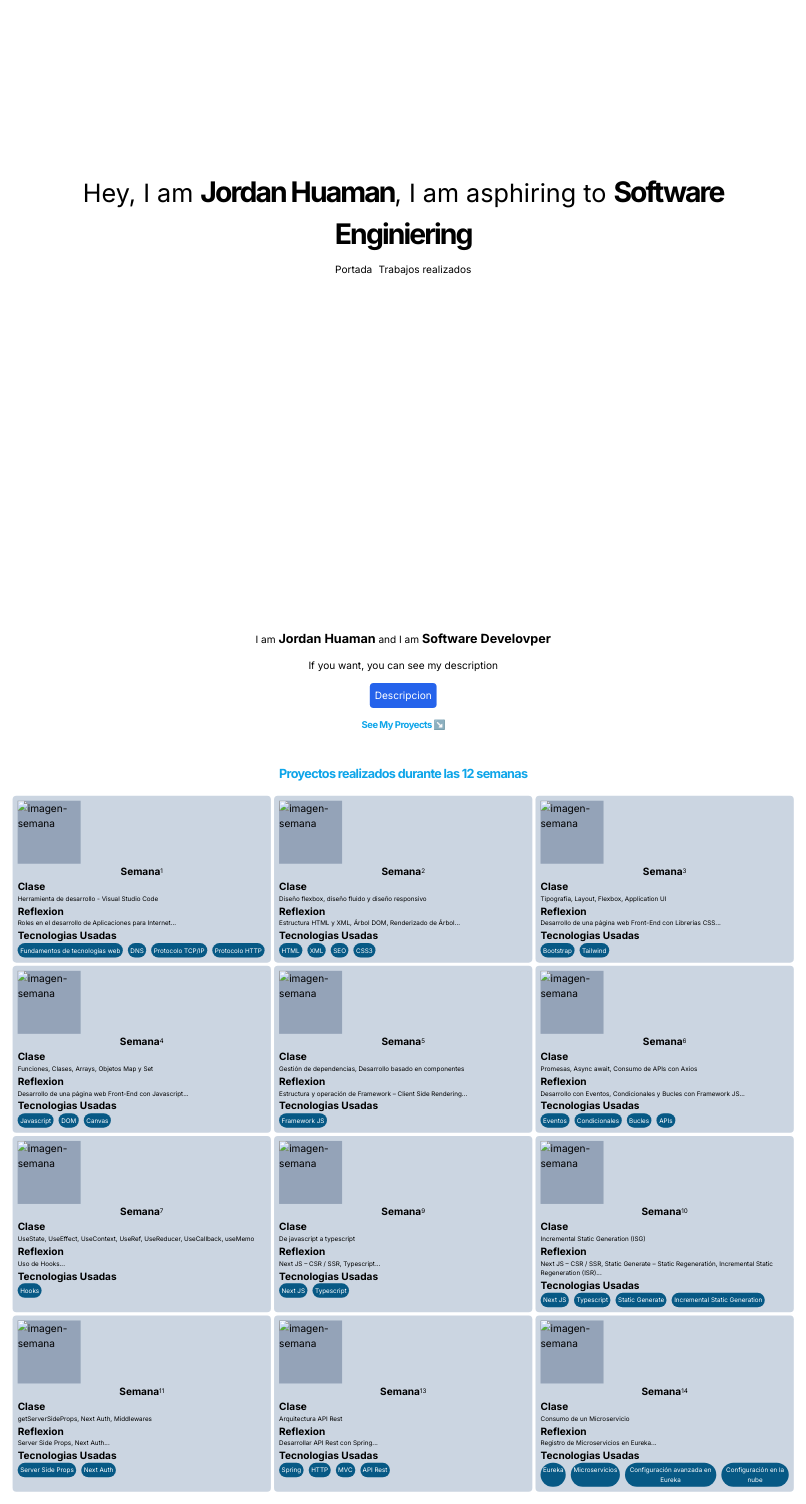
Repository: devsecops-node/portafolio-nextj-pages
Page: /
An editor plug-in stored every save of this project. The page is shown before and after the next save, followed by the edit.
The browser window is 1280 px wide. The pictures show the whole page, at 63% of full size.
The project was rebuilt for these pictures with package versions that can differ from the ones it lists, and the page was loaded fresh each time. The framework's server and built-in components were replaced by stand-ins that run in the browser. Also part of the build but not shown: next.config.js, src/components/Modal.jsx, src/styles/transitionPage.module.css.

Above is the page before, as saved 2024-01-15 04:55:14.

### src/app/page.js
"use client"
import Dashboard from '@/components/Dashboard'
import Transition from '@/components/Transition'
import Image from 'next/image'
import { useEffect, useState } from 'react'

export default function Home() {
  const [showAnimation, setShowAnimation] = useState(true)

  useEffect(() => {
    console.log('Ejecutando')
    setTimeout(() => {
      setShowAnimation(false)
    }, 2000)
  }, [])
  return (
    <main className='h-[100vh]'>
      {showAnimation ? <Transition /> : <Dashboard />}
    </main>
  )
}

### src/components/Dashboard.jsx
import React from 'react'
import stles from "@/styles/dashboard.module.css"
import Portada from './Portada'
import { useRef } from 'react'
import Proyects from './Proyects'

const Dashboard = () => {

  const scrollToPortada = () => {
    const portada = document.getElementById('portada')

    if (portada) {
      console.log('ejecutando id')
      portada.scrollIntoView({ behavior: 'smooth' })
    }
  }

  const scrollToProyects = () => {
    const portada = document.getElementById('proyects')

    if (portada) {
      console.log('ejecutando id')
      portada.scrollIntoView({ behavior: 'smooth' })
    }
  }

  return (
    <section className={stles.home_view}>
      <div className='h-screen flex justify-center items-center flex-col'>
        <div className={stles.home_view_principal}>
          <p className={stles.animar_text} id='detec'> Hey, I am <span className="animacion-bolder">Jordan
            Huaman</span>, I am asphiring to <span className={stles.detect}>Software Enginiering</span>
          </p>
        </div>
        <div className={stles.home_view_links}>
          <a onClick={scrollToPortada} className={stles.animar_abajo}>
            <p>Portada</p>
          </a>
          {/* <a href="" className={stles.animar_abajo}>
            <p>Bienvenida Introduccion</p>
          </a>
          <a href="" className={stles.animar_arriba}>
            <p>Tabla de contenido</p>
          </a><a href="" className={stles.animar_arriba}>
            <p>Informacion sobre mi</p>
          </a> */}
          <a  onClick={scrollToProyects} className={stles.animar_abajo}>
            <p>Trabajos realizados</p>
          </a>

        </div>
        <div>
        </div>
      </div>
      <div id='portada'>
        <Portada scrolProyects={scrollToProyects}/>
      </div>
      <div id='proyects'>
        <Proyects/>
      </div>
    </section>
  )
}

export default Dashboard

### src/components/Transition.jsx
import React from 'react'
import styles from "@/styles/transitionPage.module.css"

const Transition = () => {
  return (
    <div className={styles.home}>
      <main className=''>
        <p className={styles.text_1}>Jh</p>
        <p className={styles.text_2}>Jordan Huaman - Porfolio</p>
      </main>
      <footer>
        <p className={styles.text_3}>Software Engineerin - 2024</p>
      </footer>
    </div>
  )
}

export default Transition

### src/styles/dashboard.module.css
/* ? Home-view part */
.home_view {
  height: 100%;
}

.animar_text {
  animation: apper-2 2s;
  -webkit-animation: apper-2 2s;
}

.home_view_principal {
  width: 90%;
  margin: 0 auto;
}

.home_view_principal p {
  text-align: center;
  font-size: 40px;
}

.home_view_principal p span {
  font-size: 45px;
  letter-spacing: -3px;
  font-weight: bold;
}

.home_view_principal p span:hover .child {
  background-color: red;
}

@keyframes apper-2 {
  0% {
    opacity: 0;
    transform: translateY(-200px);
    -webkit-transform: translateY(-200px);
    -moz-transform: translateY(-200px);
    -ms-transform: translateY(-200px);
    -o-transform: translateY(-200px);
  }

  50% {
    opacity: 1;
    transform: translateY(-20px);
    -webkit-transform: translateY(-20px);
    -moz-transform: translateY(-20px);
    -ms-transform: translateY(-20px);
    -o-transform: translateY(-20px);
  }

  100% {
    opacity: 1;
    transform: translateY(0px);
    -webkit-transform: translateY(0px);
    -moz-transform: translateY(0px);
    -ms-transform: translateY(0px);
    -o-transform: translateY(0px);
  }
}

.home_view_links {
  display: flex;
  padding: 10px;
  justify-content: space-between;
  gap: 10px;
}

/* Line aniamtion */
.line-animation {
  display: inline;
  cursor: pointer;
  position: relative;
  /* padding: 5px; */
}

.line-animation::after {
  /* margin-top: 10px; */
  content: "";
  position: absolute;
  width: 100%;
  height: 3px;
  top: auto;
  bottom: 14px;
  left: -4px;
  transform: scaleX(0);
  box-shadow: 0 5px 0 black;
  transform-origin: bottom right;
  transition: transform 0.5s ease-out;
}

.line-animation:hover:after {
  transform: scaleX(1);
  transform-origin: bottom left;
}

.animacion-bolder {
  animation: animar-bold 2s linear alternate slidein;
  -webkit-animation: animar-bold 2s linear alternate slidein;
}

.animar_arriba{
  animation: apper-arriba 2s;
  -webkit-animation: apper-arriba 2s;
}
.animar_abajo{
  cursor: pointer;
  animation: apper-abajo 2s;
  -webkit-animation: apper-abajo 2s;

}

@keyframes apper-arriba {
  0% {
    opacity: 0;
    transform: translateY(200px);
    -webkit-transform: translateY(200px);
    -moz-transform: translateY(200px);
    -ms-transform: translateY(200px);
    -o-transform: translateY(200px);
}

  50% {
    opacity: 1;
    transform: translateY(-20px);
    -webkit-transform: translateY(-20px);
    -moz-transform: translateY(-20px);
    -ms-transform: translateY(-20px);
    -o-transform: translateY(-20px);
  }

  100% {
    opacity: 1;
    transform: translateY(0px);
    -webkit-transform: translateY(0px);
    -moz-transform: translateY(0px);
    -ms-transform: translateY(0px);
    -o-transform: translateY(0px);
  }
}
@keyframes apper-abajo {
  0% {
    opacity: 0;
    transform: translateY(-200px);
    -webkit-transform: translateY(-200px);
    -moz-transform: translateY(-200px);
    -ms-transform: translateY(-200px);
    -o-transform: translateY(-200px);
}

  50% {
    opacity: 1;
    transform: translateY(-20px);
    -webkit-transform: translateY(-20px);
    -moz-transform: translateY(-20px);
    -ms-transform: translateY(-20px);
    -o-transform: translateY(-20px);
  }

  100% {
    opacity: 1;
    transform: translateY(0px);
    -webkit-transform: translateY(0px);
    -moz-transform: translateY(0px);
    -ms-transform: translateY(0px);
    -o-transform: translateY(0px);
  }
}

@keyframes animar-bold {
  0% {
    opacity: 0;
  }

  100% {
    opacity: 1;
  }
}

### src/components/Portada.jsx
import React, { useState } from 'react'
import Modal from './Modal'

const Portada = ({ scrolProyects }) => {
  const [modal, setModal] = useState(false)
  const showModal = () => {
    setModal(true)
  }
  const closeModal = () => {
    setModal(false)
  }

  const srolPro = () => {
    scrolProyects()
  }

  return (
    <div className='h-screen flex justify-center items-center relative'>
      <section className='flex justify-center flex-col items-center gap-4'>
        <p>I am <span className='text-[20px] font-bold'>Jordan Huaman</span> and I am <span className='text-[20px] font-bold'>Software Develovper</span></p>
        <p>If you want, you can see my description</p>
        <button onClick={showModal} className='bg-blue-600 p-2 rounded-md text-white hover:scale-105 duration-150 ease-in-out'>Descripcion</button>
        {modal ? <Modal setModal={closeModal}  /> : <></>}
        <p className='text-sky-500 font-bold tracking-tighter text-[15px] transition-all duration-150 hover:scale-105 ease-in-out cursor-pointer' onClick={srolPro}>See My Proyects <span>↘️</span></p>
      </section>
    </div>
  )
}

export default Portada

### src/components/Proyects.jsx
import React from 'react'
import Card from './Card';
import styles from '@/styles/proyectos.module.css'

const Proyects = () => {
  const planDeEstudios = [
    {
      semana: 1,
      tecnologias_usadas: [
        "Fundamentos de tecnologías web",
        "DNS",
        "Protocolo TCP/IP",
        "Protocolo HTTP"
      ],
      reflexion: "Roles en el desarrollo de Aplicaciones para Internet",
      proyecto: "Desarrollo de una aplicación web",
      resumen_de_clase: "Herramienta de desarrollo - Visual Studio Code"
    },
    {
      semana: 2,
      tecnologias_usadas: ["HTML", "XML", "SEO", "CSS3"],
      reflexion: "Estructura HTML y XML, Árbol DOM, Renderizado de Árbol",
      proyecto: "Diseño de una página web",
      resumen_de_clase: "Diseño flexbox, diseño fluido y diseño responsivo"
    },
    {
      semana: 3,
      tecnologias_usadas: ["Bootstrap", "Tailwind"],
      reflexion: "Desarrollo de una página web Front-End con Librerías CSS",
      proyecto: "Práctica Calificada 01: Desarrollo de un sitio web con framework",
      resumen_de_clase: "Tipografía, Layout, Flexbox, Application UI"
    },
    {
      semana: 4,
      tecnologias_usadas: ["Javascript", "DOM", "Canvas"],
      reflexion: "Desarrollo de una página web Front-End con Javascript",
      proyecto: "Trabajo 01: Manejar el DOM con Javascript y Canvas",
      resumen_de_clase: "Funciones, Clases, Arrays, Objetos Map y Set"
    },
    {
      semana: 5,
      tecnologias_usadas: ["Framework JS"],
      reflexion: "Estructura y operación de Framework – Client Side Rendering",
      proyecto: "Laboratorio 05A: Pasar datos con props y children y mostrar en un componente hijo",
      resumen_de_clase: "Gestión de dependencias, Desarrollo basado en componentes"
    },
    {
      semana: 6,
      tecnologias_usadas: ["Eventos", "Condicionales", "Bucles", "APIs"],
      reflexion: "Desarrollo con Eventos, Condicionales y Bucles con Framework JS",
      proyecto: "Laboratorio 06A: Eventos y Renderizado Condicional e iterativo con datos de una API",
      resumen_de_clase: "Promesas, Async await, Consumo de APIs con Axios"
    },
    {
      semana: 7,
      tecnologias_usadas: ["Hooks"],
      reflexion: "Uso de Hooks",
      proyecto: "Laboratorio 09: Uso de hooks",
      resumen_de_clase: "UseState, UseEffect, UseContext, UseRef, UseReducer, UseCallback, useMemo"
    },
    {
      semana: 9,
      tecnologias_usadas: ["Next JS", "Typescript"],
      reflexion: "Next JS – CSR / SSR, Typescript",
      proyecto: "Laboratorio 10: Caso práctico consumo de API",
      resumen_de_clase: "De javascript a typescript"
    },
    {
      semana: 10,
      tecnologias_usadas: ["Next JS", "Typescript", "Static Generate", "Incremental Static Generation"],
      reflexion: "Next JS – CSR / SSR, Static Generate – Static Regeneratión, Incremental Static Regeneration (ISR)",
      proyecto: "Laboratorio 10: Caso práctico consumo de API",
      resumen_de_clase: "Incremental Static Generation (ISG)"
    },
    {
      semana: 11,
      tecnologias_usadas: ["Server Side Props", "Next Auth"],
      reflexion: "Server Side Props, Next Auth",
      proyecto: "Laboratorio 11: Subsistema de autenticación con Next JS",
      resumen_de_clase: "getServerSideProps, Next Auth, Middlewares"
    },
    {
      semana: 13,
      tecnologias_usadas: ["Spring", "HTTP", "MVC", "API Rest"],
      reflexion: "Desarrollar API Rest con Spring",
      proyecto: "Laboratorio 13: Desarrollo de una API Rest y Despliegue.",
      resumen_de_clase: "Arquitectura API Rest"
    },
    {
      semana: 14,
      tecnologias_usadas: ["Eureka", "Microservicios", "Configuración avanzada en Eureka", "Configuración en la nube"],
      reflexion: "Registro de Microservicios en Eureka",
      proyecto: "Resumen del registro de microservicio",
      resumen_de_clase: "Consumo de un Microservicio"
    }
  ];

  return (
    <div className='h-screen flex justify-center items-center flex-col'>
      <p className='text-sky-500 font-bold text-[20px]  tracking-tighter'>Proyectos realizados durante las 12 semanas</p>
      <div className={styles.proyectos}>
        {planDeEstudios.map(proyec => <Card key={proyec.semana} proyect={proyec} />)}
      </div>
    </div>
  )
}

export default Proyects

### src/components/Card.jsx
import React from 'react'

const Card = ({ proyect }) => {
  return (
    <section className='bg-slate-300 p-2 rounded-md'>
      <img src="" alt="imagen-semana" width={100} height={100} className='bg-slate-400' />
      <div className='flex justify-center items-center'>
        <p className='font-bold'>Semana</p>
        <p className='text-[10px]'>{proyect.semana}</p>
      </div>
      <div>
        <p className='font-bold'>Clase</p>
        <p className='text-[10px]'>{proyect.resumen_de_clase}</p>
      </div>
      <div>
        <p className='font-bold'>Reflexion</p>
        <p className='text-[10px]'>{proyect.reflexion}...</p>
      </div>
      <div>
        <p className='font-bold'>Tecnologias Usadas</p>
        <div className='flex gap-2'>
          {proyect.tecnologias_usadas.map(tec => <p className='text-[10px] bg-sky-800 text-white p-1 rounded-full text-center'>{tec}</p>)}
        </div>
      </div>
    </section>
  )
}

export default Card

### src/styles/proyectos.module.css
.proyectos{
  display: grid;
  grid-template-columns: repeat(3,1fr);
  gap: 5px;
  padding: 20px;
}

Loaded but not shown: src/app/layout.js (common file); src/app/globals.css (common file); tailwind.config.js (common file)

After the next save:
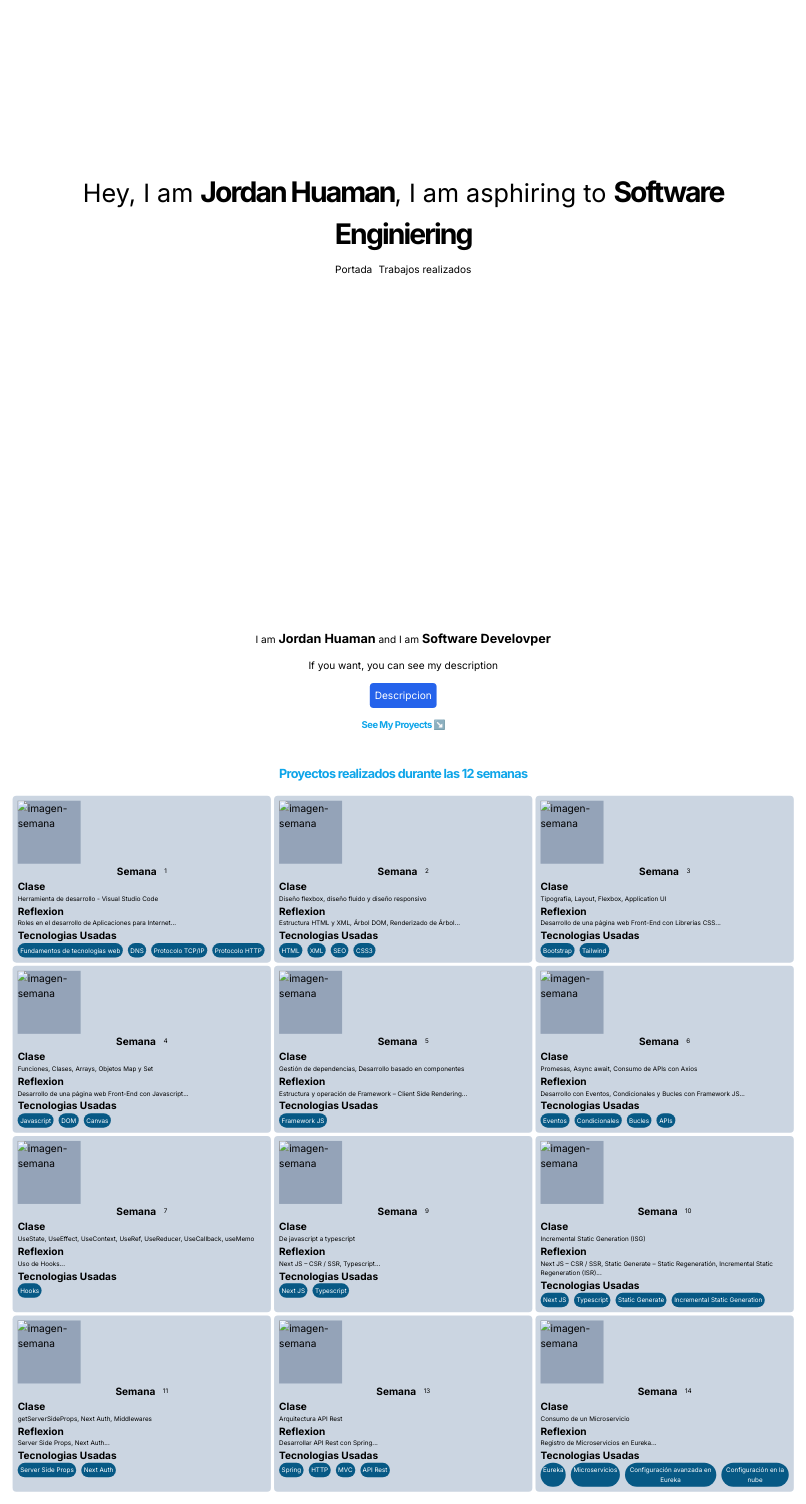
Saved 17 s later.
--- a/src/components/Card.jsx
+++ b/src/components/Card.jsx
@@ -4,7 +4,7 @@ const Card = ({ proyect }) => {
   return (
     <section className='bg-slate-300 p-2 rounded-md'>
       <img src="" alt="imagen-semana" width={100} height={100} className='bg-slate-400' />
-      <div className='flex justify-center items-center'>
+      <div className='flex justify-center items-center gap-3'>
         <p className='font-bold'>Semana</p>
         <p className='text-[10px]'>{proyect.semana}</p>
       </div>
